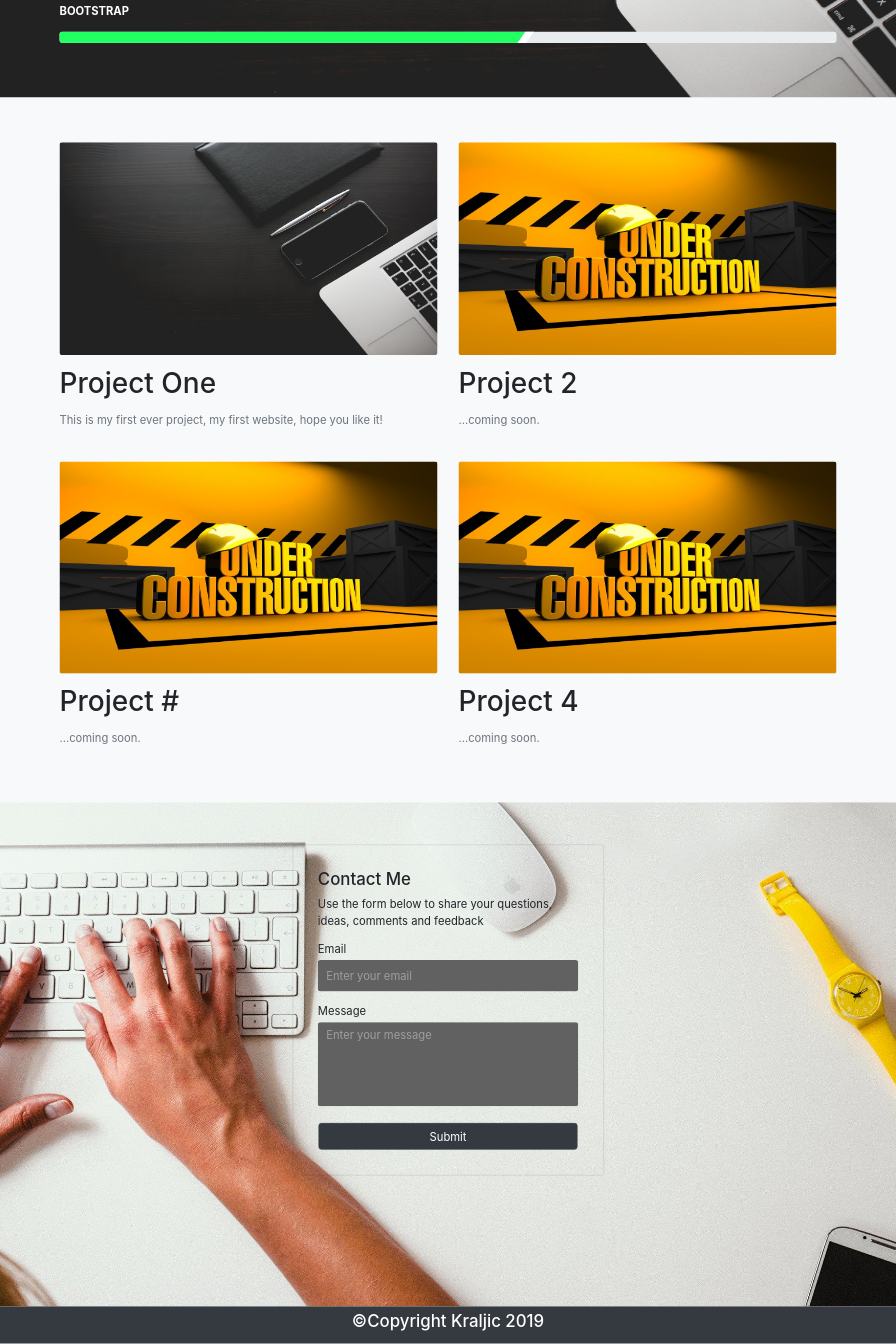
Repository: Kraljiccar/User-Centric-Frontend-Development-Milestone-Project
Page: index.html
The author's editor kept a record of every edit. The page is drawn from the files as they stood at one moment, then again after the next edit.
The browser window is 1280 px wide. The pictures show the part of the page from y = 1625 to 3545 px (the page is 3545 px tall), at 70% of full size.
Backgrounds fixed to the window are drawn as part of the page.

Above is the page before.

### index.html
<!DOCTYPE html>
<html lang="en-US">

<head>
    <meta charset="UTF-8">
    <meta name="viewport" content="width=device-width, initial-scale=1.0">
    <meta http-equiv="X-UA-Compatible" content="ie=edge">
    <link rel="stylesheet" href="./assets/css/style.css" type="text/css" />
    <link rel="stylesheet" href="https://stackpath.bootstrapcdn.com/bootstrap/4.3.1/css/bootstrap.min.css" integrity="sha384-ggOyR0iXCbMQv3Xipma34MD+dH/1fQ784/j6cY/iJTQUOhcWr7x9JvoRxT2MZw1T" crossorigin="anonymous">
    <link rel="stylesheet" href="https://stackpath.bootstrapcdn.com/font-awesome/4.7.0/css/font-awesome.min.css" type="text/css" />

    <title>Nemanja Kraljic</title>
</head>

<body data-spy="scroll" data-target="#navbarResponsive">
    <section id="banner">
        <div class="container">
            <div class="row max-viewport align-items-center text-center">
                <div class="col-md-6 ">
                    <h1 class="text-white text-uppercase">Nemanja Kraljic</h1>
                    <h3 class="text-white">-Software developer-</h2>
                </div>
            </div>
        </div>
    </section>
    <!-----about me----->
    <section id="about-me" class="py-5 bg-secondary">
        <div class="container">
            <div class="row align-items-center text-center text-white">
                <div class="col-sm-12 col-md-6 col-lg-4text-white my-3 d-flex">
                    <i class="fa fa-wrench fa-5x mr-3 align-self-center"></i>
                    <div class="inner-text">
                        <h1 class="my-3">Who am I?</h1>
                        <p class="lead">adshfah sadsa dsaopd pksado ndsposadadshfah sadsa dsaopd pksado ndsposadadshfah sadsa dsaopd pksado ndsposadadshfah sadsa dsaopd pksado ndsposadadshfah sadsa dsaopd pksado ndsposadadshfah sadsa dsaopd pksado ndsposadadshfah sadsa
                            dsaopd pksado ndsposad n</p>

                    </div>
                </div>
                <div class="col-sm-12 col-md-6 col-lg-4text-white my-3 d-flex">
                    <i class="fa fa-refresh fa-5x mr-3 align-self-center"></i>
                    <div class="inner-text">
                        <h1 class="my-3">Who am I?</h1>
                        <p class="lead">adshfah sadsa dsaopd pksado ndsposadadshfah sadsa dsaopd pksado ndsposadadshfah sadsa dsaopd pksado ndsposadadshfah sadsa dsaopd pksado ndsposadadshfah sadsa dsaopd pksado ndsposadadshfah sadsa dsaopd pksado ndsposadadshfah sadsa
                            dsaopd pksado ndsposad n</p>

                    </div>
                </div>

            </div>
        </div>

    </section>
    <!-----skills---->
    <section id="skills" class="p-5">
       <div class="naslov">
    <h1 class="mb-5 mt-5"> My Software skills</h1>
</div>
<div class="container">
    <div class="row">
        <div class="col-md-12">
            <h3 class="progress-title">HTML</h3>
            <div class="progress">
                <div class="progress-bar" style="width:78%; background:#97c513;">
                    <div class="progress-value">65%</div>
                </div>
            </div>
            <h3 class="progress-title">CSS</h3>
            <div class="progress">
                <div class="progress-bar" style="width:60%; background:#f2545b;">
                    <div class="progress-value">100%</div>
                </div>
            </div>
            <h3 class="progress-title">JAVASCRIPT</h3>
            <div class="progress">
                <div class="progress-bar" style="width:20%; background:#4286f4;">
                    <div class="progress-value">75%</div>
                </div>
            </div>
            <h3 class="progress-title">BOOTSTRAP</h3>
            <div class="progress">
                <div class="progress-bar" style="width:60%; background:#21ff63;">
                    <div class="progress-value">30%</div>
                </div>
            </div>
        </div>
    </div>
</div>
    </section>

    <section id="projects" class="p-5 bg-light" >
      <div class="container">
        <div class="row">
          <div class="col-sm-6 my-3">
              <img src="assets/images/office.jpg" alt="#" class="img-fluid rounded" alt="picture">
            <h1 class="my-3">Project One</h1>
            <p class="text-muted">This is my first ever project, my first website, hope you like it!</p>
          </div>
          <div class="col-sm-6 my-3">
              <img src="assets/images/under-construction.jpg" alt="#" class="img-fluid rounded" alt="picture">
            <h1 class="my-3">Project 2</h1>
            <p class="text-muted">...coming soon.</p>
          </div>
          <div class="col-sm-6 my-3">
              <img src="assets/images/under-construction.jpg" alt="#" class="img-fluid rounded" alt="picture">
            <h1 class="my-3">Project #</h1>
            <p class="text-muted">...coming soon.</p>
          </div>
          <div class="col-sm-6 my-3">
              <img src="assets/images/under-construction.jpg" alt="#" class="img-fluid rounded" alt="picture">
            <h1 class="my-3">Project 4</h1>
            <p class="text-muted">...coming soon.</p>
          </div>


        </div>
      </div>
    </section>
    <section id="contact">
        <div class="container">
        <div class="row justify justify-content-center">
            <div class="col-11 col-md-8 col-lg-6 col-xl-5">
                <form class="">
                    <div class="card bg-transparent">
                        <div class="row mt-0">
                            <div class="col-md-12 ">
                                <h4 class="">Contact Me</h4>
                                <p>Use the form below to share your questions, ideas, comments and feedback</p>
                            </div>
                        </div>
                        <div class="form-group row mb-3">
                            <div class="col-md-12 mb-0">
                                <p class="mb-1">Email</p> <input id="e-mail" type="text" placeholder="Enter your email" name="email" class="form-control input-box rm-border">
                            </div>
                        </div>
                        <div class="form-group row">
                            <div class="col-md-12 mb-2">
                                <p class="mb-1">Message</p> <textarea id="message" type="text" placeholder="Enter your message" name="message" class="form-control input-box rm-border"></textarea>
                            </div>
                        </div>
                        <div class="form-group row justify-content-center mb-0">
                            <div class="col-md-12 px-3"> <input type="submit" value="Submit" class="btn btn-block btn-dark rm-border"> </div>
                        </div>
                    </div>
                </form>
            </div>
        </div>
    </div>
    </section>
    <section id="footer" class="p-2 bg-dark">
        <div class="container">
            <div class="row">
                <div class="col text-center">
                    <h4 class="text-white text-capiralize">&copy;Copyright Kraljic 2019</h4>
                </div>
            </div>
        </div>

    </section>
    <!-----Script---->
    <script src="https://code.jquery.com/jquery-3.3.1.slim.min.js" integrity="sha384-q8i/X+965DzO0rT7abK41JStQIAqVgRVzpbzo5smXKp4YfRvH+8abtTE1Pi6jizo" crossorigin="anonymous"></script>
    <script src="https://cdnjs.cloudflare.com/ajax/libs/popper.js/1.14.7/umd/popper.min.js" integrity="sha384-UO2eT0CpHqdSJQ6hJty5KVphtPhzWj9WO1clHTMGa3JDZwrnQq4sF86dIHNDz0W1" crossorigin="anonymous"></script>
    <script src="https://stackpath.bootstrapcdn.com/bootstrap/4.3.1/js/bootstrap.min.js" integrity="sha384-JjSmVgyd0p3pXB1rRibZUAYoIIy6OrQ6VrjIEaFf/nJGzIxFDsf4x0xIM+B07jRM" crossorigin="anonymous"></script>
</body>

</html>

### assets/css/style.css
@import url('https://fonts.googleapis.com/css?family=Roboto:400,700&display=swap');

body {
  font-family: 'Roboto', sans-serif;
}

.max-viewport {
  min-height: 100vh;
}

#banner,
#skills {
  background: url("../images/office.jpg"), linear-gradient(rgba(179, 179, 179, 1), rgba(247, 247, 247, 1));
  background-attachment: fixed;
  background-position: center center;
  background-repeat: no-repeat;
  background-size: cover;
}

.naslov {
  color: #fff;
}

.naslov h1 {
  text-align: center
}

.progress-title {
  font-size: 16px;
  font-weight: 700;
  color: #fff;
  margin: 0 0 20px;
}

.progress {
  height: 20px;
  background: #333;
  border-radius: 0;
  box-shadow: none;
  margin-bottom: 30px;
  overflow: visible
}

.progress-value {
  font-size: 20px;
  color: #fff;
}

.progress .progress-bar {
  position: relative;
  -webkit-animation: animate-positive 2s;
  animation: animate-positive 2s
}

.progress .progress-value {
  display: block;
  font-size: 18px;
  font-weight: 500;
  color: black;
  position: absolute;
  top: -30px;
  right: -25px
}

.progress .progress-bar:after {
  content: "";
  display: inline-block;
  width: 10px;
  background: #fff;
  position: absolute;
  top: -10px;
  bottom: -10px;
  right: -5px;
  z-index: 1;
  transform: rotate(35deg)
}

.img-fluid {
  width:100%;
  height:20%;
  background-position: center;
  background-size: cover;
  background-repeat: no-repeat;

}

#contact {
  width: 100%;
  height: 100vh;

  background-image: url(../images/keyboard.jpg);
  background-position: center center;
  background-size: cover;
  background-attachment: fixed;
}
.box {
    margin: auto
}

.card {
    padding: 8%;
    padding-top: 35px;
    margin-top: 60px;
    margin-bottom: 80px
}

textarea[name="message"] {
    resize: none
}

#e-mail {
    height: 45px
}

#message {
    height: 120px
}

input.input-box,
textarea.input-box {
    background-color: #616161;
    border: #616161;
    color: #BDBDBD
}

input.input-box:focus,
textarea.input-box:focus {
    background-color: #000000;
    color: #BDBDBD
}

.rm-border:focus {
    border-color: inherit;
    -webkit-box-shadow: none;
    box-shadow: none
}

form .form-control::-webkit-input-placeholder {
    color: #9E9E9E
}

::-moz-placeholder {
    color: #9E9E9E !important
}

After the next edit:
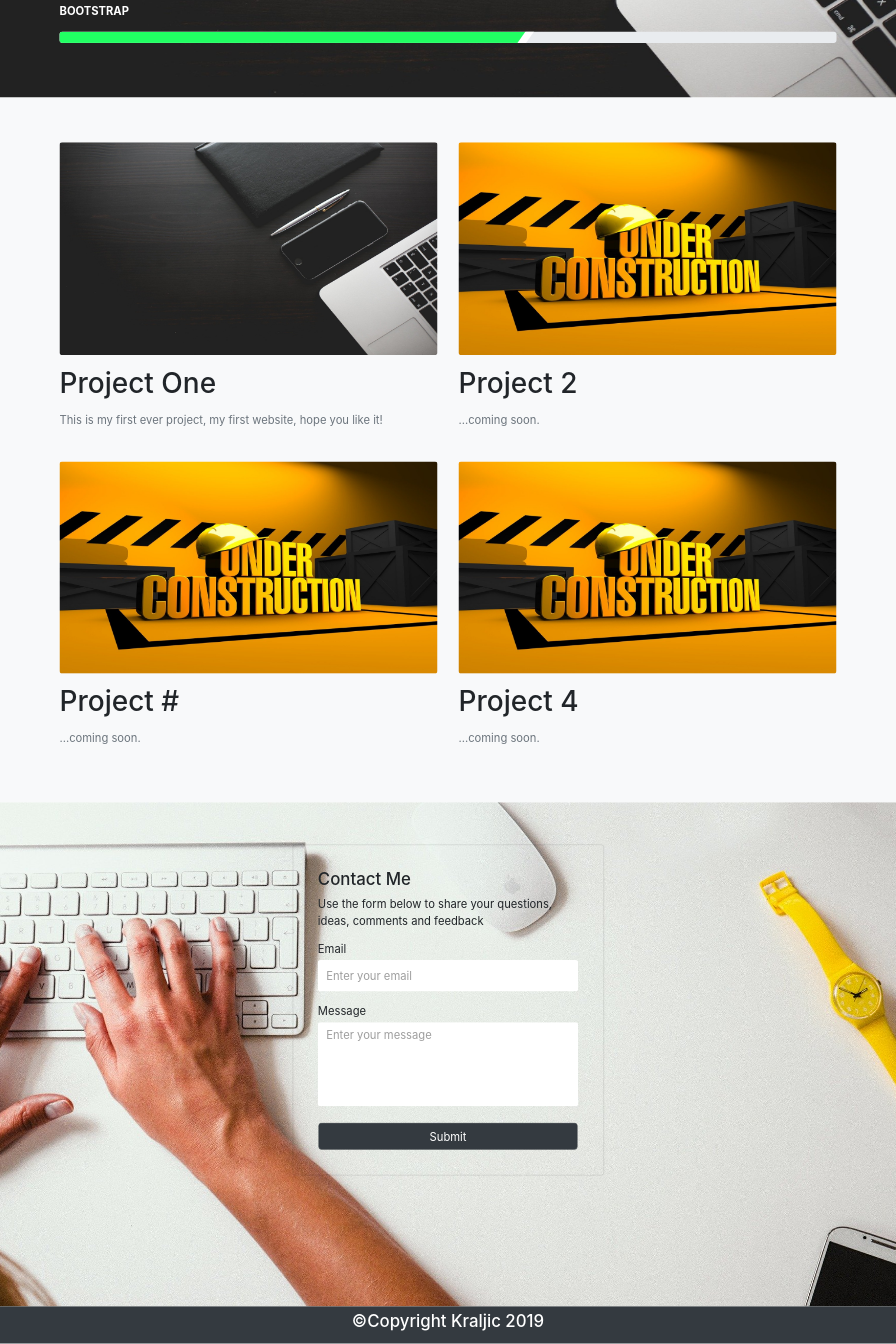
The edit:
--- a/assets/css/style.css
+++ b/assets/css/style.css
@@ -118,7 +118,7 @@
 
 input.input-box,
 textarea.input-box {
-    background-color: #616161;
+    background-color: #fff;
     border: #616161;
     color: #BDBDBD
 }
